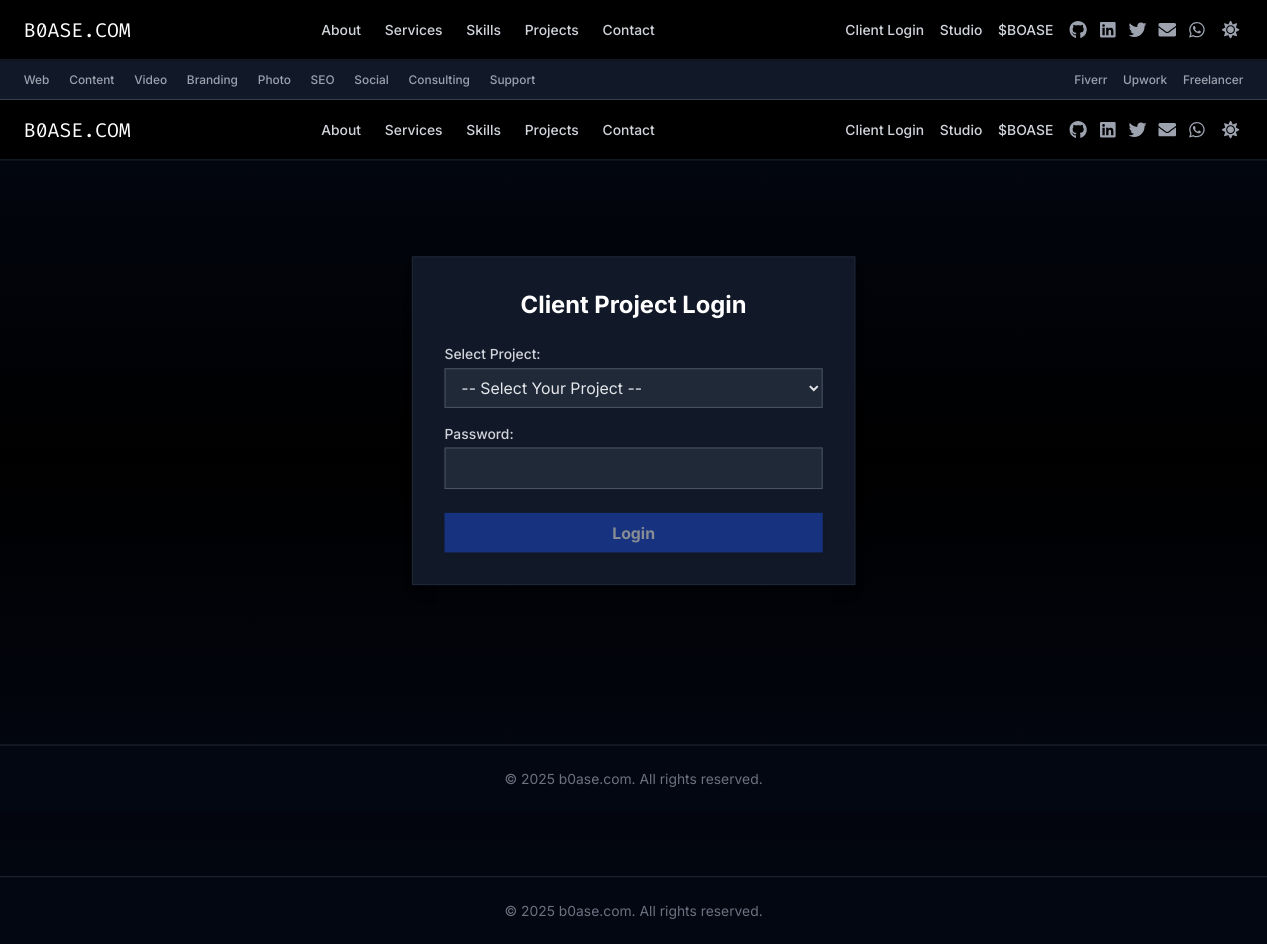
Repository: b0ase/rafskitchen
Page: /login
The author's editor kept a copy of each file at every save. The page is drawn from the files as they stood at one save, then again after a run of saves.
The browser window is 1280 px wide. The pictures show the whole page, at 99% of full size.
The project was rebuilt for these pictures with package versions that can differ from the ones it lists, and the page was loaded fresh each time. The framework's server and built-in components were replaced by stand-ins that run in the browser. Also part of the build but not shown: next.config.js.

Above is the page before, as saved 2025-05-02 15:25:55.

### app/layout.tsx
import type { Metadata } from "next";
// Import both Inter and Fira_Code
import { Inter, Fira_Code } from "next/font/google";
import "./globals.css";
import Header from "./components/Header";
import Footer from "./components/Footer";
// Import new nav components
import ServicesNavigation from "./components/ServicesNavigation";
// Import ThemeProvider
import { ThemeProvider } from "./context/ThemeContext";

// Configure Inter (for default body text)
const inter = Inter({
  subsets: ["latin"],
  display: 'swap',
  variable: '--font-inter', // Variable for Inter
});

// Configure Fira_Code (for specific elements)
const fira_code = Fira_Code({
  subsets: ["latin"],
  display: 'swap',
  variable: '--font-fira-code', // Variable for Fira Code
});

export const metadata: Metadata = {
  title: "B0ASE.COM | Digital Agency",
  description: "B0ASE.COM - Digital Agency specializing in Web Development, Blockchain, Content, Video, and Social Media.",
};

export default function RootLayout({
  children,
}: {
  children: React.ReactNode;
}) {
  return (
    <html lang="en" suppressHydrationWarning className={`${inter.variable} ${fira_code.variable}`}>
      <head>
        <script
          dangerouslySetInnerHTML={{
            __html: `
              (function() {
                function getInitialTheme() {
                  try {
                    const storedTheme = window.localStorage.getItem('theme');
                    if (storedTheme) return storedTheme;
                    return window.matchMedia('(prefers-color-scheme: dark)').matches ? 'dark' : 'light';
                  } catch (e) {
                    // If localStorage is unavailable (e.g., cookies disabled or SSR)
                    return 'light'; // Default to light theme
                  }
                }
                const theme = getInitialTheme();
                if (theme === 'dark') {
                  document.documentElement.classList.add('dark');
                }
              })();
            `,
          }}
        />
        {/* Other head elements like meta tags will be injected by Next.js here */}
      </head>
      {/* Apply default font (Inter) via font-sans class */}
      <body className={`font-sans`}>
        <ThemeProvider>
          {/* Header and Footer MUST be outside ThemeProvider or siblings to {children} to wrap content */}
          <Header />
          <ServicesNavigation />
          <div className="flex flex-col min-h-screen"> {/* Optional wrapper for main content flex */}
            <main className="flex-grow">
              {children}
            </main>
          </div>
          <Footer />
        </ThemeProvider>
      </body>
    </html>
  );
}

### app/login/page.tsx
'use client';

import React, { useState, FormEvent } from 'react';
import { useRouter } from 'next/navigation'; // Use App Router's router
import Header from '../components/Header';
import Footer from '../components/Footer';
import { portfolioData } from '@/lib/data'; // Use path alias

// --- VERY INSECURE - Placeholder Hardcoded Passwords ---
// Replace with secure auth method before production/real clients.
const projectPasswords: { [key: string]: string } = {
  'ninjapunkgirls.com': 'password_npg', // Example
  'hyper-flix.com': 'password_hf',
  'tribify.ai': 'password_tribify',
  // Add entries for ALL domain projects you want logins for
  'aitribes.online': 'password_ait',
  'lilithtattoo.com': 'password_lilith',
  'metagraph.app': 'password_meta',
  'floop.online': 'password_floop',
  'dns-dex.com': 'password_dns',
  'tribeswallet.com': 'password_tw',
  'pennypics.store': 'password_pp',
  'missvoid.store': 'password_mv',
  'interiordesigns.website': 'password_idw',
};
// --- End Insecure Placeholder ---

export default function LoginPage() {
  const [selectedProject, setSelectedProject] = useState<string>('');
  const [password, setPassword] = useState<string>('');
  const [error, setError] = useState<string>('');
  const router = useRouter();

  // Filter domain projects for the dropdown
  const domainProjects = (portfolioData.projects as any[]).filter(p => p.type === 'domain');

  const handleSubmit = (event: FormEvent) => {
    event.preventDefault();
    setError(''); // Clear previous errors

    const expectedPassword = projectPasswords[selectedProject];

    if (selectedProject && password && expectedPassword && password === expectedPassword) {
      console.log('Login successful for:', selectedProject);

      // Create slug for redirection
      const projectSlug = selectedProject.toLowerCase()
                                     .replace(/\.com|\.ai|\.online|\.app|\.store|\.website/g, '')
                                     .replace(/[^a-z0-9\s-]/g, '')
                                     .replace(/\s+/g, '-')
                                     .replace(/-+/g, '-');

      // Redirect to the dynamic project page
      router.push(`/projects/${projectSlug}`);
    } else if (!selectedProject) {
       setError('Please select a project.');
    } else {
      setError('Incorrect password or project not found.'); // Simplified error
    }
  };

  return (
    <div className="min-h-screen bg-gradient-to-b from-gray-950 via-black to-gray-950 text-gray-300 flex flex-col">
      <Header />
      <main className="flex-grow flex items-center justify-center px-4 py-16">
        <div className="w-full max-w-md bg-gray-900 p-8 shadow-lg border border-gray-800">
          <h1 className="text-2xl font-bold text-white mb-6 text-center">Client Project Login</h1>
          <form onSubmit={handleSubmit}>
            <div className="mb-4">
              <label htmlFor="project-select" className="block text-sm font-medium text-gray-300 mb-1">
                Select Project:
              </label>
              <select
                id="project-select"
                value={selectedProject}
                onChange={(e) => setSelectedProject(e.target.value)}
                required
                className="w-full px-3 py-2 bg-gray-800 border border-gray-600 text-gray-200 focus:ring-1 focus:ring-blue-500 focus:border-blue-500 outline-none shadow-sm"
              >
                <option value="" disabled>-- Select Your Project --</option>
                {domainProjects.map((project) => (
                  <option key={project.id} value={project.title}>
                    {project.title}
                  </option>
                ))}
              </select>
            </div>

            <div className="mb-6">
              <label htmlFor="password" className="block text-sm font-medium text-gray-300 mb-1">
                Password:
              </label>
              <input
                type="password"
                id="password"
                value={password}
                onChange={(e) => setPassword(e.target.value)}
                required
                className="w-full px-3 py-2 bg-gray-800 border border-gray-600 text-gray-200 focus:ring-1 focus:ring-blue-500 focus:border-blue-500 outline-none shadow-sm"
              />
            </div>

            {error && (
              <p className="text-red-500 text-sm mb-4 text-center">{error}</p>
            )}

            <button
              type="submit"
              className="w-full bg-blue-700 hover:bg-blue-600 text-white font-bold py-2 px-4 transition duration-300 shadow-md disabled:opacity-50"
              disabled={!selectedProject || !password}
            >
              Login
            </button>
          </form>
        </div>
      </main>
      <Footer />
    </div>
  );
}

### app/globals.css
@tailwind base;
@tailwind components;
@tailwind utilities;

body {
  /* Base light theme styles */
  @apply bg-white text-gray-900;
}

/* Define dark mode styles using the 'dark' class applied by ThemeContext */
html.dark body {
   @apply bg-gradient-to-b from-gray-950 via-black to-gray-950 text-gray-300;
}

@layer utilities {
  .text-balance {
    text-wrap: balance;
  }
}

### app/components/Header.tsx
'use client';

import Link from 'next/link';
import { useState } from 'react';
import { FaGithub, FaLinkedin, FaEnvelope, FaWhatsapp, FaTwitter, FaBars, FaTimes } from 'react-icons/fa';
import ThemeToggle from './ThemeToggle';
import { portfolioData } from '@/lib/data';

export default function Header() {
  const [isMobileMenuOpen, setIsMobileMenuOpen] = useState(false);

  const sectionLinks = [
    { name: 'About', href: '#about' },
    { name: 'Services', href: '#services' },
    { name: 'Skills', href: '#skills' },
    { name: 'Projects', href: '#projects' }, // Combined Projects/Development
    { name: 'Contact', href: '#contact' },
  ];

  const utilityLinks = [
    { name: 'Client Login', href: '/login' },
    { name: 'Studio', href: '/studio' },
    { name: '$BOASE', href: '/token' },
  ];

  const socialLinks = [
    { Icon: FaGithub, href: 'https://github.com/richardboase' },
    { Icon: FaLinkedin, href: 'https://linkedin.com/in/richardboase' },
    { Icon: FaTwitter, href: 'https://x.com/richardboase' },
    // { Icon: FaYoutube, href: 'https://youtube.com' }, // Example
    { Icon: FaEnvelope, href: 'mailto:richard@b0ase.com' },
    { Icon: FaWhatsapp, href: 'https://wa.me/yourphonenumber' }, // Replace with actual number
  ];

  const toggleMobileMenu = () => {
    setIsMobileMenuOpen(!isMobileMenuOpen);
  };

  // Close menu when a link is clicked (optional, good UX)
  const handleMobileLinkClick = () => {
    setIsMobileMenuOpen(false);
  };

  return (
    <header className="sticky top-0 z-40 w-full bg-white dark:bg-black border-b border-gray-200 dark:border-gray-800 text-black dark:text-white py-4 shadow-sm px-6">
      <div className="flex items-center justify-between">
        {/* Logo - Ensure white/light text in dark mode */}
        <Link
          href="/"
          className="text-xl text-white hover:text-gray-300 transition-colors font-mono"
          onClick={handleMobileLinkClick}
        >
          B0ASE.COM
        </Link>

        {/* Desktop Navigation Links */}
        <nav className="hidden md:flex items-center space-x-6">
          {sectionLinks.map((link) => (
            <Link key={link.name} href={link.href} className="text-sm font-medium text-gray-300 hover:text-white transition-colors">
              {link.name}
            </Link>
          ))}
        </nav>

        {/* Right side container */}
        <div className="flex items-center space-x-4">
          {/* Desktop Utility Links */}
          <div className="hidden md:flex items-center space-x-4">
            {utilityLinks.map((link) => (
              <Link key={link.name} href={link.href} className="text-sm font-medium text-gray-300 hover:text-white transition-colors">
                {link.name}
              </Link>
            ))}
          </div>

          {/* Social Icons and Theme Toggle Container */}
          <div className="flex items-center space-x-3">
            {socialLinks.map((link, index) => (
              <a key={index} href={link.href} target="_blank" rel="noopener noreferrer" className="text-gray-400 hover:text-white transition-colors">
                <link.Icon size={18} />
              </a>
            ))}
            <ThemeToggle />
          </div>

          {/* Mobile Menu Button */}
          <div className="md:hidden">
            <button onClick={toggleMobileMenu} aria-label="Toggle menu" className="text-gray-300 hover:text-white focus:outline-none">
              {isMobileMenuOpen ? <FaTimes size={20} /> : <FaBars size={20} />}
            </button>
          </div>
        </div>
      </div>

      {/* Mobile Menu Dropdown - Apply dark class explicitly? Maybe not needed if body handles it */}
      {isMobileMenuOpen && (
        <div className="md:hidden absolute top-full left-0 w-full bg-gray-900 dark:bg-gray-900 border-t border-gray-800 dark:border-gray-800 shadow-lg py-4 px-4">
           {/* Ensure links have dark styles */}
          <nav className="flex flex-col space-y-3 mb-4">
            {sectionLinks.map((link) => (
              <Link key={`mobile-${link.name}`} href={link.href} className="block text-base font-medium text-gray-300 hover:text-white transition-colors" onClick={handleMobileLinkClick}>
                {link.name}
              </Link>
            ))}
          </nav>
          <div className="border-t border-gray-700 dark:border-gray-700 pt-4 flex flex-col space-y-3">
             {utilityLinks.map((link) => (
              <Link key={`mobile-${link.name}`} href={link.href} className="block text-base font-medium text-gray-300 hover:text-white transition-colors" onClick={handleMobileLinkClick}>
                {link.name}
              </Link>
            ))}
          </div>

          {/* Service Links */}
          <div className="border-t border-gray-200 dark:border-gray-700 pt-4 flex flex-col space-y-3 mb-4">
             <span className="px-1 py-1 text-xs font-semibold text-gray-500 dark:text-gray-400 uppercase">Services</span>
             {portfolioData.services.map((service) => (
                <Link key={`mobile-service-${service.slug}`} href={`/services/${service.slug}`} className="block text-base font-medium text-gray-700 dark:text-gray-300 hover:text-black dark:hover:text-white transition-colors" onClick={handleMobileLinkClick}>
                  {service.title}
                </Link>
             ))}
          </div>
        </div>
      )}
    </header>
  );
}

### app/components/Footer.tsx
'use client';

import React from 'react';

export default function Footer() {
  const currentYear = new Date().getFullYear();

  return (
    <footer className="bg-gray-950 border-t border-gray-800 mt-16 py-6">
      <div className="container mx-auto px-4 text-center text-gray-500 text-sm">
        <p>&copy; {currentYear} b0ase.com. All rights reserved.</p>
        {/* Optional: Add links to privacy policy, terms, etc. */}
      </div>
    </footer>
  );
}

### app/components/ServicesNavigation.tsx
'use client';

import React from 'react';
import Link from 'next/link';
import { portfolioData } from '@/lib/data'; // Using alias path

// Mapping from service slug to short display name
const shortServiceTitles: { [key: string]: string } = {
  "web-development": "Web",
  "content-copywriting": "Content",
  "video-production": "Video",
  "logo-branding": "Branding",
  "photography": "Photo",
  "seo-marketing": "SEO",
  "social-media-management": "Social",
  "technical-consulting": "Consulting",
  "support-maintenance": "Support",
};

export default function ServicesNavigation() {
  const services = portfolioData.services;
  // Extract platform links from portfolioData
  const { fiverr, upwork, freelancer } = portfolioData.about.socials;
  const platformLinks = [
    { name: 'Fiverr', href: fiverr, target: '_blank' },
    { name: 'Upwork', href: upwork, target: '_blank' },
    { name: 'Freelancer', href: freelancer, target: '_blank' },
  ].filter(link => link.href); // Filter out any potentially missing links

  // Estimate header height (py-4 is likely around 68px-76px)
  // const headerHeight = '72px'; // This is no longer used

  return (
    // Hidden on mobile, shown on desktop
    <nav
      className="hidden md:flex sticky top-[60px] z-30 w-full bg-gray-100 dark:bg-gray-900 border-b border-gray-300 dark:border-gray-700 shadow-sm px-6 items-center h-10" // Added items-center and h-10 here
    >
      {/* Wrapper div for justify-between */}
      <div className="flex justify-between items-center w-full">
        {/* Left side: Service links */}
        <div className="flex justify-start items-center space-x-5">
          {services.map((service) => (
            <Link
              key={service.slug}
              href={`/services/${service.slug}`}
              className="text-xs font-medium text-gray-600 dark:text-gray-400 hover:text-black dark:hover:text-white transition-colors whitespace-nowrap"
            >
              {/* Use short title from map, fallback to original title */}
              {shortServiceTitles[service.slug] || service.title}
            </Link>
          ))}
        </div>

        {/* Right side: Platform links */}
        <div className="flex items-center space-x-4">
           {platformLinks.map((link) => (
             <a
                key={link.name}
                href={link.href}
                target={link.target}
                rel="noopener noreferrer"
                className="text-xs font-medium text-gray-600 dark:text-gray-400 hover:text-black dark:hover:text-white transition-colors whitespace-nowrap"
             >
               {link.name}
             </a>
           ))}
        </div>
      </div>
    </nav>
  );
}

### app/context/ThemeContext.tsx
'use client';

import React, { createContext, useState, useEffect, useContext, ReactNode, useCallback } from 'react';

type Theme = 'light' | 'dark';

interface ThemeContextProps {
  theme: Theme;
  toggleTheme: () => void;
  isMounted: boolean; // Add flag to indicate when client-side logic has run
}

const ThemeContext = createContext<ThemeContextProps | undefined>(undefined);

interface ThemeProviderProps {
  children: ReactNode;
}

export const ThemeProvider: React.FC<ThemeProviderProps> = ({ children }) => {
  const [theme, setTheme] = useState<Theme>('dark'); // Default theme
  const [isMounted, setIsMounted] = useState(false); // Track mount status

  // Function to apply theme to the document root
  const applyTheme = useCallback((selectedTheme: Theme) => {
    const root = document.documentElement;
    root.classList.remove('light', 'dark');
    root.classList.add(selectedTheme);
  }, []);

  useEffect(() => {
    setIsMounted(true); // Indicate component has mounted
    let initialTheme: Theme = 'dark'; // Default to dark

    try {
      const storedTheme = localStorage.getItem('theme') as Theme | null;
      const prefersDark = window.matchMedia && window.matchMedia('(prefers-color-scheme: dark)').matches;
      initialTheme = storedTheme || (prefersDark ? 'dark' : 'dark'); // Prefer stored, then system, then default dark
    } catch (e) {
      console.error("Could not access localStorage or window.matchMedia", e);
      // Keep default theme if localStorage/window access fails
    }

    setTheme(initialTheme);
    applyTheme(initialTheme);

  }, [applyTheme]); // Include applyTheme dependency

  const toggleTheme = () => {
    if (!isMounted) return; // Prevent toggle before mount

    setTheme(prevTheme => {
        const newTheme = prevTheme === 'light' ? 'dark' : 'light';
        try {
            localStorage.setItem('theme', newTheme);
        } catch (e) {
            console.error("Could not save theme to localStorage", e);
        }
        applyTheme(newTheme);
        return newTheme;
    });
  };

  // Return provider, pass isMounted state
  return (
    <ThemeContext.Provider value={{ theme, toggleTheme, isMounted }}>
      {children}
    </ThemeContext.Provider>
  );
};

export const useTheme = (): ThemeContextProps => {
  const context = useContext(ThemeContext);
  if (context === undefined) {
    throw new Error('useTheme must be used within a ThemeProvider');
  }
  return context;
};

### app/components/ThemeToggle.tsx
'use client';

import React from 'react';
import { useTheme } from '../context/ThemeContext';
import { FaSun, FaMoon } from 'react-icons/fa';

export default function ThemeToggle() {
  const { theme, toggleTheme, isMounted } = useTheme();

  // Avoid rendering toggle based on initial state before mount
  if (!isMounted) {
    // Render a placeholder or null during server render/hydration
    // to avoid mismatch between server and client initial theme
    return <div className="w-6 h-6"></div>; // Placeholder with same size as button
  }

  return (
    <button
      onClick={toggleTheme}
      className="p-1 rounded-md text-gray-400 hover:text-white hover:bg-gray-700 transition-colors duration-200 focus:outline-none focus:ring-2 focus:ring-offset-2 focus:ring-offset-gray-900 focus:ring-white"
      aria-label={theme === 'light' ? 'Switch to dark mode' : 'Switch to light mode'}
    >
      {theme === 'light' ? <FaMoon size={18} /> : <FaSun size={18} />}
    </button>
  );
}

Loaded but not shown: tailwind.config.js (25 lines, source omitted); lib/data.ts (333 lines, source omitted)

After the next 2 saves:
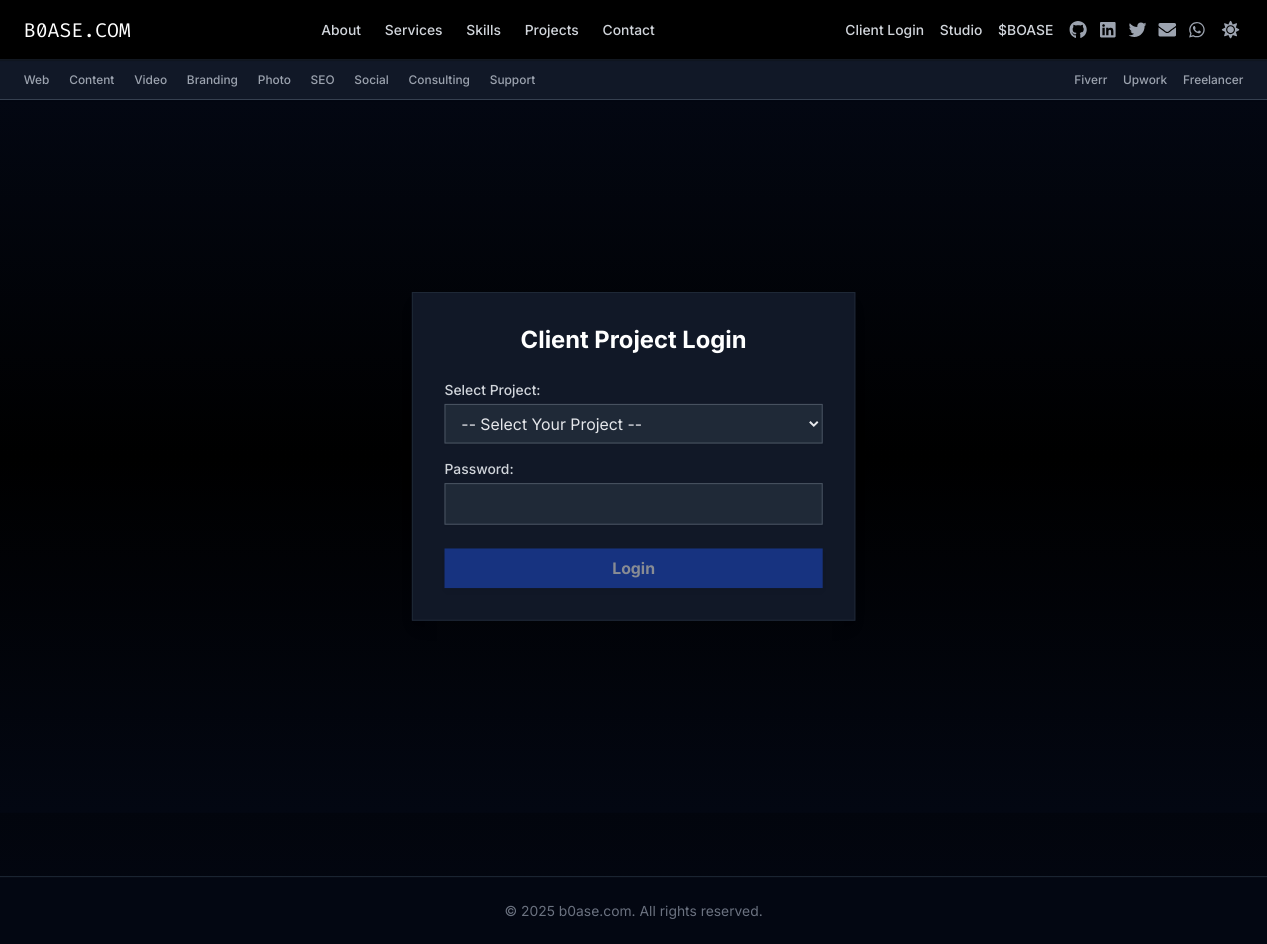
The 2 saves are shown as one change because 1 did not build or start.
The last was saved 5 min 23 s later.
--- a/app/login/page.tsx
+++ b/app/login/page.tsx
@@ -2,8 +2,6 @@
 
 import React, { useState, FormEvent } from 'react';
 import { useRouter } from 'next/navigation'; // Use App Router's router
-import Header from '../components/Header';
-import Footer from '../components/Footer';
 import { portfolioData } from '@/lib/data'; // Use path alias
 
 // --- VERY INSECURE - Placeholder Hardcoded Passwords ---
@@ -61,7 +59,6 @@
 
   return (
     <div className="min-h-screen bg-gradient-to-b from-gray-950 via-black to-gray-950 text-gray-300 flex flex-col">
-      <Header />
       <main className="flex-grow flex items-center justify-center px-4 py-16">
         <div className="w-full max-w-md bg-gray-900 p-8 shadow-lg border border-gray-800">
           <h1 className="text-2xl font-bold text-white mb-6 text-center">Client Project Login</h1>
@@ -114,7 +111,6 @@
           </form>
         </div>
       </main>
-      <Footer />
     </div>
   );
 }
